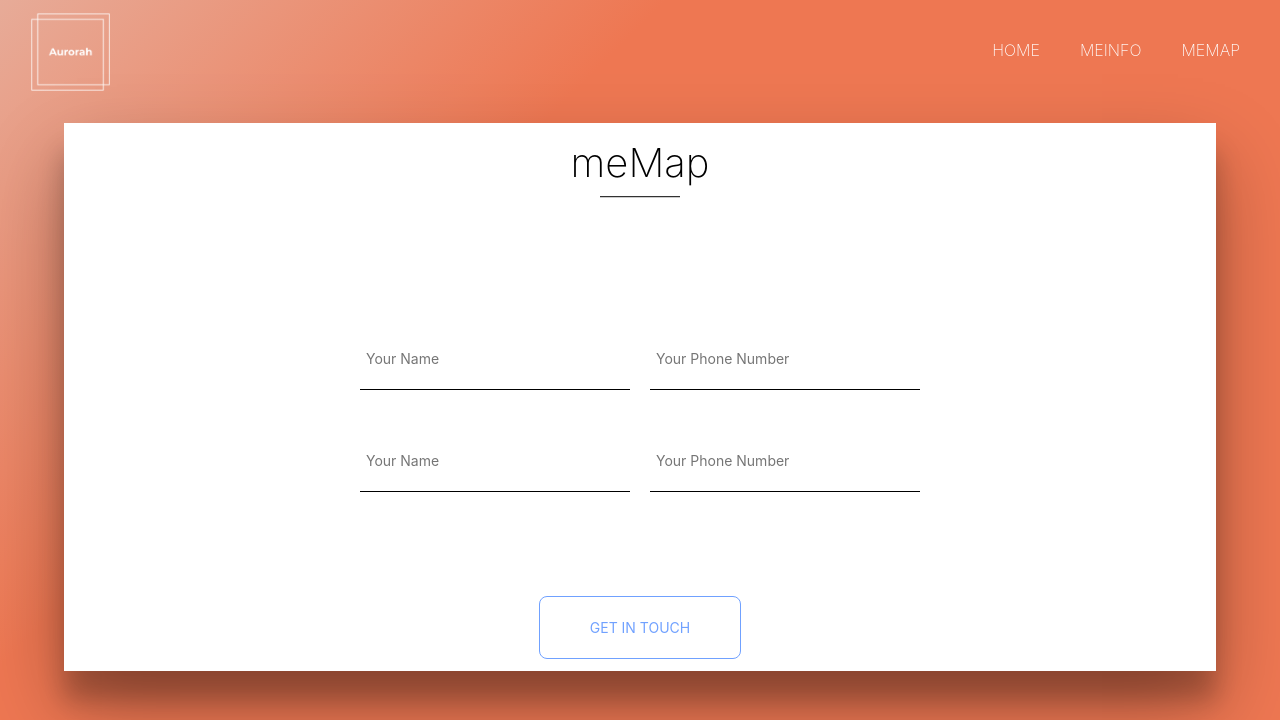
Repository: aasirvalji/saferMe
Page: /alt
An editor plug-in stored every save of this project. The page is shown before and after the next save, followed by the edit.
The browser window is 1280 px wide. The pictures show the whole page.
An inner scrolling area shows only its first screen. The project was rebuilt for these pictures with package versions that can differ from the ones it lists, and the page was loaded fresh each time. Also part of the build but not shown: src/components/Landing.js, src/styles/Services.css, src/components/Services.js, src/styles/MapDisplay.css, src/mapStyles.js, src/components/MapDisplay.js, src/styles/AboutDisplay.css, src/components/AboutDisplay.js and 1 more.

Above is the page before, as saved 2020-02-15 12:55:31.

After the next save:
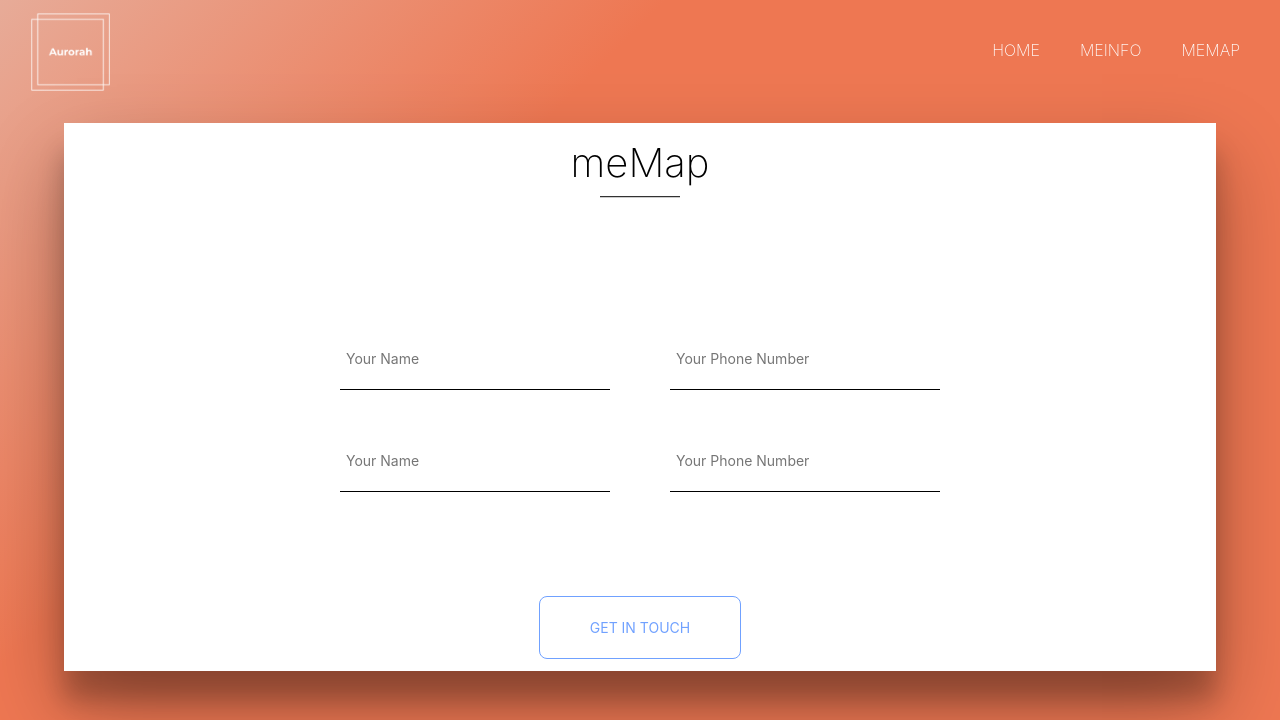
Saved 6 s later.
--- a/src/styles/AltDisplay.css
+++ b/src/styles/AltDisplay.css
@@ -131,7 +131,7 @@
   .inner-width{
     max-width: 600px;
     margin: auto;
-    padding: 0 20px;
+
   }
 
   .contact-section h1{
